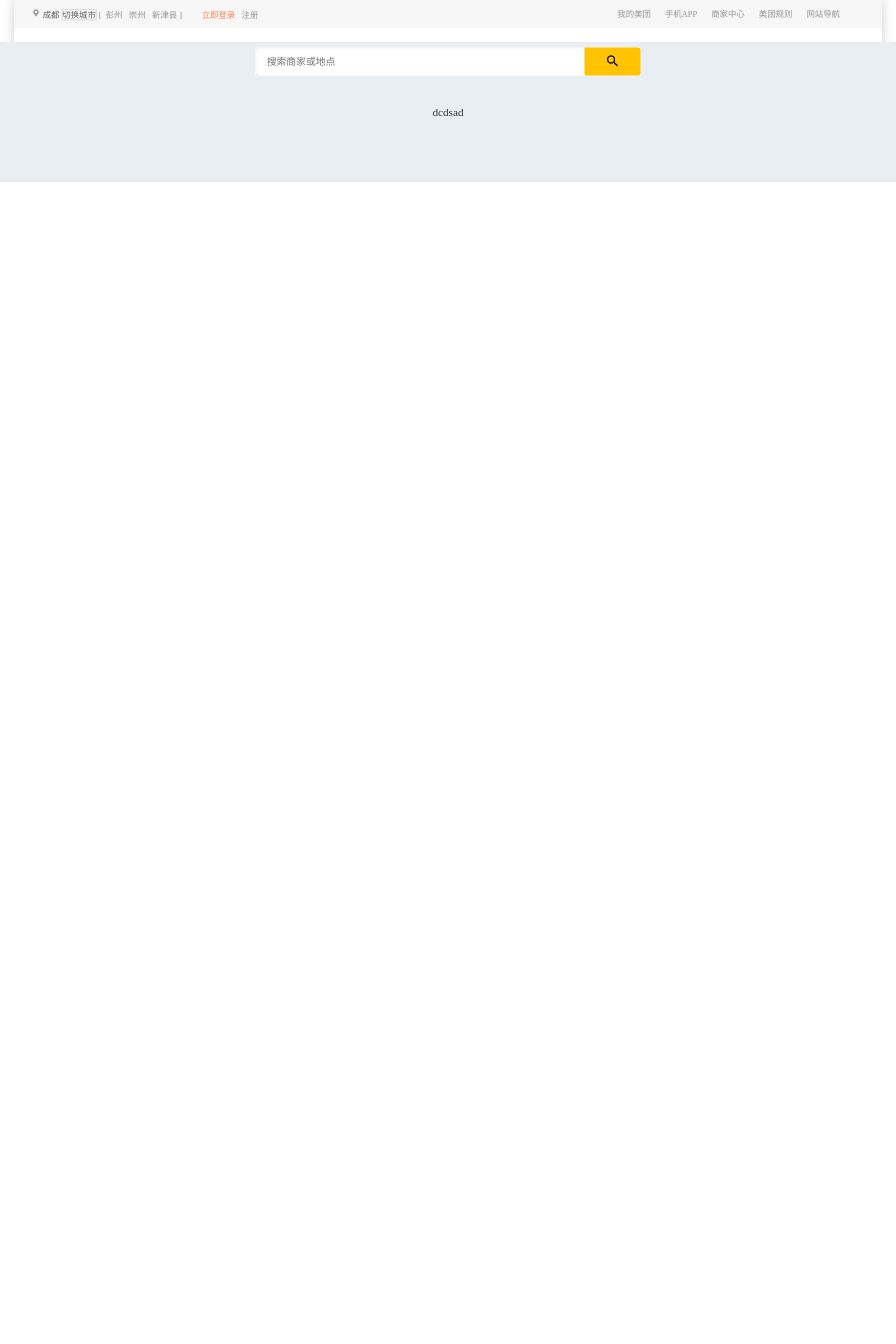
Repository: buddy-fallinlove/Meituan
Page: /
An editor plug-in stored every save of this project. The page is shown before and after the next save, followed by the edit.
The browser window is 1280 px wide. The pictures show the part of the page from y = 0 to 1920 px (the page is 2863 px tall), at 70% of full size.
The project was rebuilt for these pictures with package versions that can differ from the ones it lists, and the page was loaded fresh each time. Also part of the build but not shown: vue.config.js.

Above is the page before, as saved 2020-08-21 09:00:55.

### src/App.vue
<template>
  <div id="app">
    <router-view/>
  </div>
</template>

<style lang="scss">
@import "./style/css.类名_20200524144523"
</style>

### src/style/css.类名_20200524144523.css
/* 同一行排列 */

.d-f {
    display: flex;
}


/* 占比 */

.f1 {
    flex: 1;
}

.f2 {
    flex: 2;
}


/* 垂直居中  水平居中 */

.j-c-c {
    justify-content: center;
}

.a-i-c {
    align-items: center;
}


/* 两边有间距  两边无间距  中间自动等分*/

.j-c-s-a {
    justify-content: space-around;
}

.j-c-s-b {
    justify-content: space-between;
}


/* 换行 */

.f-w-w {
    flex-wrap: wrap;
}


/* 内容不换行 */

.w-s-n {
    white-space: nowrap;
}


/* 超出部分隐藏 */

.o-h {
    overflow: hidden;
}


/* 超出部分显示省略号 */

.t-e-n {
    text-emphasis: none
}


/* 同一行竖向排列 */

.f-d-c {
    display: flex;
    flex-direction: column;
}


/* 悬浮小手 */

.h-c-p {
    cursor: pointer;
}


/* 外边距margin 上下左右4个方向*/

.m1 {
    margin: 10px;
}

.m2 {
    margin: 20px;
}

.m3 {
    margin: 30px;
}


/* 上边距margin：top */

.m-t1 {
    margin-top: 10px;
}

.m-t2 {
    margin-top: 20px;
}

.m-t3 {
    margin-top: 30px;
}


/* 下边距margin：bottom */

.m-b1 {
    margin-bottom: 10px;
}

.m-b2 {
    margin-bottom: 20px;
}

.m-b3 {
    margin-bottom: 30px;
}


/* 左边距margin：left */

.m-l1 {
    margin-left: 10px;
}

.m-l2 {
    margin-left: 20px;
}

.m-l3 {
    margin-left: 30px;
}


/* 右边距margin：right */

.m-r1 {
    margin-right: 10px;
}

.m-r2 {
    margin-right: 20px;
}

.m-r3 {
    margin-right: 30px;
}


/* 内边距padding-top bottom left right上下左右4个方向 */

.p1 {
    padding: 10px;
}

.p2 {
    padding: 20px;
}

.p3 {
    padding: 30px;
}


/* 边框实线border-solid */

.b-s-r {
    border: 1px solid red;
}


/* 边框虚线border-dashed */

.b-d-r {
    border: 1px dashed red;
}


/* 背景颜色 */

.b-c-r {
    background-color: red;
}

.b-c-b {
    background-color: black;
}

.b-c-c {
    background-color: #ccc;
}

.b-c-c {
    background-color: #fff;
}


/* 字体大小 */

.f-s12 {
    font-size: 12px;
}

.f-s14 {
    font-size: 14px;
}

.f-s18 {
    font-size: 18px;
}

.f-s20 {
    font-size: 20px;
}

.f-s22 {
    font-size: 22px;
}

.f-s24 {
    font-size: 24px;
}


/* 字体加粗 */

.f-w {
    font-weight: 700;
}


/* 隐藏上下左右边框 */

.b-t-n {
    border-top: none;
}

.b-b-n {
    border-bottom: none;
}

.b-l-n {
    border-left: none;
}

.b-r-n {
    border-right: none;
}


/* 圆50% */

.b-r {
    border-radius: 50%;
}


/* 同一行排列  居中 */

.container {
    display: flex;
    justify-content: center;
}


/* 宽1280px */

.warp {
    width: 1280px;
}


/* 取消边距 */

* {
    margin: 0;
    padding: 0;
}


/* 悬浮 */

.hover:hover {
    cursor: pointer;
    color: #eee;
}

.nb:hover {
    cursor: pointer;
}

.c {
    color: white;
}

.van-index-bar__index {
    margin-top: 5px;
}

.van-tabs__line {
    z-index: 0;
}

### src/views/Home.vue
<template>
 <div>
 dcdsad
 </div>
</template>

<script>
 export default {
   name: '',
   props: {
   },
   components: {

   },
   data () {
     return {

     }
   },
   methods: {

   },
   mounted() {

   },
   watch: {

   },
   computed: {

   }
 }
</script>

<style scoped lang='scss'>

</style>

### src/views/layout.vue
<template>
  <div>
    <el-container>
      <el-header>
      <div>
      <top></top>
      </div>
      </el-header>
      <el-main>
      <div>
       <router-view></router-view>
      </div>
      </el-main>
      <el-footer>
        <div>
        <buccon></buccon>
        </div>
      </el-footer>
    </el-container>

  </div>
</template>

<script>
import top from "../components/layout1/top";
import buccon from "../components/layout1/buccon";

export default {
  name: "",
  props: {},
  components: {
    top,
    buccon,
  },
  data() {
    return {};
  },
  methods: {},
  mounted() {},
  watch: {},
  computed: {},
};
</script>

<style scoped lang='scss'>
  .el-header, .el-footer {
        height:300px;
  }

  .el-aside {
    background-color: #D3DCE6;
    color: #333;
    text-align: center;
    line-height: 200px;
  }

  .el-main {
    background-color: #E9EEF3;
    color: #333;
    text-align: center;
    line-height: 160px;
  }
</style>

### src/components/layout1/buccon.vue
<template>
  <footer class="com-footer">
    <div class="footer-content">
      <div class="footer-link clearfix">
        <div class="footer-column">
          <dl>
            <dt>用户帮助</dt>
            <dd><a
              rel="nofollow"
              href="http://www.meituan.com/help/selfservice"
              target="_blank">申请退款</a></dd>
            <dd><a
              rel="nofollow"
              href="http://www.meituan.com/help/selfservice?tab=2"
              target="_blank">查看券密码</a></dd>
            <dd><a
              rel="nofollow"
              href="http://www.meituan.com/help/faq"
              target="_blank">常见问题</a></dd>
            <dd><a
              rel="nofollow"
              href="http://www.meituan.com/about/terms"
              target="_blank">用户协议</a></dd>
            <dd><a
              rel="nofollow"
              href="http://www.meituan.com/about/privacy"
              target="_blank">隐私政策</a></dd>
            <dd><a
              rel="nofollow"
              href="http://www.meituan.com/about/anticheat"
              target="_blank">反诈骗公告</a></dd>
          </dl>
          <dl>
            <dt>服务</dt>
            <dd><a
              href="http://waimai.meituan.com/"
              target="_blank">外卖</a></dd>
            <dd><a
              href="http://hotel.meituan.com/"
              target="_blank">酒店</a></dd>
            <dd><a
              href="http://maoyan.com/"
              target="_blank">猫眼电影</a></dd>
            <dd><a
              href="https://peisong.meituan.com/"
              target="_blank">配送</a></dd>
            <dd><a
              href="https://www.mtyun.com/"
              target="_blank">云</a></dd>
            <dd><a
              href="http://www.dianping.com/"
              target="_blank">大众点评</a></dd>
            <dd><a
              href="https://phoenix.meituan.com/"
              target="_blank">榛果民宿</a></dd>
          </dl>
        </div>
        <div class="footer-column">
          <dl>
            <dt>商家合作</dt>
            <dd><a
              rel="nofollow"
              href="https://ecom.meituan.com/bizsettle/settle?utm_source=mt_C_my"
              target="_blank">美食商家入驻(非外卖)</a></dd>
            <dd><a
              href="https://kd.meituan.com/"
              target="_blank">外卖开店申请</a></dd>
            <dd><a
              href="http://shouyin.meituan.com?utm_source=inner&amp;utm_medium=mtpc"
              target="_blank">收银官网</a></dd>
            <dd><a
              rel="nofollow"
              href="http://page.peisong.meituan.com/apply/join"
              target="_blank">外卖配送加盟申请</a></dd>
            <dd><a
              href="https://xue.meituan.com/?from=mtpc"
              target="_blank">点评餐饮学院</a></dd>
            <dd><a
              rel="nofollow"
              href="http://ruzhu.meituan.com/ruzhu/index.html"
              target="_blank">酒店商家入驻</a></dd>
            <dd><a
              rel="nofollow"
              href="https://i.meituan.com/awp/h5/trip/business/cooperation/index.html?client=pc"
              target="_blank">境内度假商家入驻</a></dd>
            <dd><a
              rel="nofollow"
              href="https://e.dianping.com/claimcpc/page/index?source=mt"
              target="_blank">综合商家入驻</a></dd>
            <dd><a
              rel="nofollow"
              href="https://phoenix.meituan.com/about/"
              target="_blank">榛果民宿房东商家入驻</a></dd>
            <dd><a
              href="http://pc.meituan.com/?activity_code=mtpcdb"
              target="_blank">商家开票申请</a></dd>
            <dd><a
              rel="nofollow"
              href="https://store.meituan.com/?utm_source=17"
              target="_blank">点评智能收银机</a></dd>
            <dd><a
              rel="nofollow"
              href="http://developer.meituan.com/"
              target="_blank">聚宝盆餐饮开放平台</a></dd>
            <dd><a
              rel="nofollow"
              href="http://smartpay.meituan.com/"
              target="_blank">智能支付</a></dd>
            <dd><a
              rel="nofollow"
              href="http://paidui.meituan.com/"
              target="_blank">排队</a></dd>
            <dd><a
              rel="nofollow"
              href="https://i.meituan.com/awp/hfe/block/6c4bec785dce/11188/index.html"
              target="_blank">快驴进货商家合作</a></dd>
          </dl>
        </div>
        <div class="footer-column">
          <dl><dt>代理商加盟</dt>
            <dd><a
              rel="nofollow"
              href="https://i.meituan.com/awp/hfe/block/4544/index.html"
              target="_blank">智能支付渠道加盟商招募</a></dd>
            <dd><a
              rel="nofollow"
              href="https://daili.meituan.com/?comeFrom=mtwebBusinesscoopd"
              target="_blank">到店餐饮代理商招募</a></dd>
            <dd><a
              rel="nofollow"
              href="http://www.dianping.com/apollo/agent/index?source=mtpcd"
              target="_blank">非餐饮代理商招募</a></dd>
            <dd><a
              rel="nofollow"
              href="http://union.meituan.com/"
              target="_blank">联盟</a></dd>
            <dd><a
              rel="nofollow"
              href="https://store.meituan.com/distribution/broadcast"
              target="_blank">收银招募线上分销商</a></dd>
            <dd><a
              rel="nofollow"
              href="https://agent.meituan.com/zhaoshang?entry=5"
              target="_blank">点评5S服务商招募</a></dd>
          </dl>
          <dl>
            <dt>行业规范</dt>
            <dd><a
              rel="nofollow"
              href="http://www.meituan.com/about/saferule"
              target="_blank">点评餐饮安全管理办法</a></dd>
          </dl>
          <dl>
            <dt>廉正举报</dt>
            <dd><a
              rel="nofollow"
              href="mailto:lianzheng@meituan.com"
              target="_self">廉政邮箱</a></dd>
          </dl>
        </div>
        <div class="footer-column">
          <dl>
            <dt>关注</dt>
            <dd><a
              rel="nofollow"
              href="http://weibo.com/meituan"
              target="_blank">新浪微博</a></dd>
          </dl>
          <dl>
            <dt>公司信息</dt>
            <dd><a
              rel="nofollow"
              href="http://zhaopin.meituan.com/"
              target="_blank">加入我们</a></dd>
            <dd><a
              rel="nofollow"
              href="http://www.meituan.com/about/law"
              target="_blank">法律声明</a></dd>
            <dd><a
              rel="nofollow"
              href="http://www.meituan.com/about/bizlicense"
              target="_blank">商户服务协议</a></dd>
            <dd><a
              rel="nofollow"
              href="https://dpapp-appeal.meituan.com/#/shopCreditRegulationPC"
              target="_blank">商户诚信公约及管理办法</a></dd>
          </dl>
        </div>
        <div class="footer-column">
          <dl>
            <dt>消费者服务热线</dt>
            <dd>外卖消费者： <a
              rel="nofollow"
              href="tel:10109777"
              target="_blank">10109777</a></dd>
            <dd>猫眼消费者： <a
              rel="nofollow"
              href="tel:10105335"
              target="_blank">10105335</a></dd>
            <dd>其他消费者： <a
              rel="nofollow"
              href="tel:10107888"
              target="_blank">10107888</a></dd>
          </dl>
          <dl>
            <dt>商家服务热线</dt><dd>外卖&amp;餐饮商家： <a
              rel="nofollow"
              href="tel:10105557"
              target="_blank">10105557</a></dd>
            <dd>休闲娱乐、丽人、ktv、教育、结婚、亲子、家装等商家： <a
              rel="nofollow"
              href="tel:10100107"
              target="_blank">10100107</a></dd>
          </dl>
          <dl>
            <dt>投诉举报热线</dt>
            <dd>违法和不良信息举报电话： <a
              rel="nofollow"
              href="tel:4006018900"
              target="_blank">4006018900</a></dd>
            <dd>举报邮箱： <a
              rel="nofollow"
              href="mailto:tousujubao@meituan.com"
              target="_self">tousujubao@meituan.com</a></dd>
          </dl>
          <dl>
            <dt><a
              rel="nofollow"
              href="https://ecom.meituan.com/bizsettle/settle/merchantsSettle"
              target="_blank">商家自助入驻入口</a></dt>
          </dl>
        </div>
      </div>
      <div class="footer-copyright clearfix">
        <div class="footer-copyright-left">
          <p>©网团购 meituan.com <a href="http://www.beianbeian.com/beianxinxi/283f39a9-4c00-427a-97ef-3c7a9e1e0af1.html">京ICP证070791号</a> <a href="http://www.miitbeian.gov.cn/">京ICP备10211739号</a> <a
            href="http://www.meituan.com/about/rules"
            target="_blank">电子公告服务规则</a></p><p><a
              href="http://i.meituan.com/brunch/default/right"
              target="_blank">广播电视节目制作经营许可证（京）字第03889号</a></p>
        </div>
        <div class="footer-copyright-right">
          <a
            href="http://www.beian.gov.cn/portal/registerSystemInfo?recordcode=11010502025545"
            target="_blank">京公网安备11010502025545号</a>
          <div class="footer-copyright-cert"><a
            class="sp-ft sp-ft--record"
            href="http://www.meituan.com/about/openinfo"
            title="备案信息"
            target="_blank">备案信息</a><a
              class="sp-ft sp-ft--knet"
              href="http://t.knet.cn/index_new.jsp"
              title="可信网站认证"
              target="_blank">可信网站</a><a
                class="sp-ft sp-ft--12315"
                href="http://www.bj315.org/xfwq/lstd/201209/t20120910_3344.shtml?dnrpluojqxbceiqq"
                title="12315消费争议"
                target="_blank">12315消费争议</a></div></div>
      </div>
    </div>
  </footer>
</template>

<style lang="scss">
.com-footer {
    margin-top: 2000px;
  background: #f8f8f8
}

.com-footer .footer-content {
  width: 1190px;
  margin: 0 auto;
  color: #333;
  font-size: 12px;
  line-height: 2;
  box-sizing: border-box;
  text-align: left
}

.com-footer .footer-content p {
  margin: 0
}

.com-footer .footer-content .footer-link {
  padding: 40px 45px;
  border-bottom: 1px solid #E5E5E5
}

.com-footer .footer-content .footer-link .footer-column {
  width: 20%;
  float: left
}

.com-footer .footer-content .footer-link dl {
  padding-bottom: 20px;
  color: #666
}

.com-footer .footer-content .footer-link dl dt {
  font-size: 14px;
  font-weight: 500
}

.com-footer .footer-content .footer-link dl a {
  color: #666
}

.com-footer .footer-content .footer-link dl a:hover {
  color: #31BBAC
}

.com-footer .footer-content .footer-copyright {
  color: #999;
  padding-left: 20px;
  padding-top: 15px;
  padding-bottom: 30px;
  line-height: 1.6
}

.com-footer .footer-content .footer-copyright a {
  color: #999
}

.com-footer .footer-content .footer-copyright a:hover {
  color: #31BBAC
}

.com-footer .footer-content .footer-copyright .footer-copyright-left {
  float: left
}

.com-footer .footer-content .footer-copyright .footer-copyright-right {
  float: right;
  text-align: right
}

.com-footer .footer-content .footer-copyright .footer-copyright-cert {
  text-align: left;
  padding-top: 6px
}

.com-footer .footer-content .footer-copyright .footer-copyright-cert a.sp-ft {
  display: inline-block;
  overflow: hidden;
  text-indent: -1000px;
  height: 38px;
  background-repeat: no-repeat;
  margin-right: 2px
}

.com-footer .footer-content .footer-copyright .footer-copyright-cert .sp-ft--record {
  width: 109px;
  background-position: 0 -167px
}

.com-footer .footer-content .footer-copyright .footer-copyright-cert .sp-ft--knet {
  width: 107px;
  background-position: 0 -127px
}

.com-footer .footer-content .footer-copyright .footer-copyright-cert .sp-ft--12315 {
  width: 107px;
  background-position: 0 -40px
}

@media screen and (max-width:1200px) {
  .com-footer .footer-content {
    width: 960px
  }

  .com-footer .footer-content .footer-title-module {
    padding-right: 40px
  }

  .com-footer .footer-content .footer-title {
    margin-left: 0
  }

  .com-footer .footer-content .footer-search-block,
  .com-footer .footer-content .footer-search-hotword {
    width: 500px
  }
}

.com-footer li,
.com-footer ul {
  padding: 0;
  margin: 0
}

.com-footer .clearfix:after {
  content: " ";
  visibility: hidden;
  display: block;
  height: 0;
  clear: both
}

.com-footer input {
  outline: 0
}

.com-footer a {
  text-decoration: none
}

.com-footer li {
  list-style: none
}

.com-footer dd,
.com-footer dl {
  margin: 0
}

</style>

Loaded but not shown: public/index.html (common file); src/store/index.js (common file); src/http/index.js (67 lines, source omitted); src/main.js (21 lines, source omitted); src/router/index.js (26 lines, source omitted); src/http/api.js (90 lines, source omitted); src/components/layout1/top.vue (562 lines, source omitted)

After the next save:
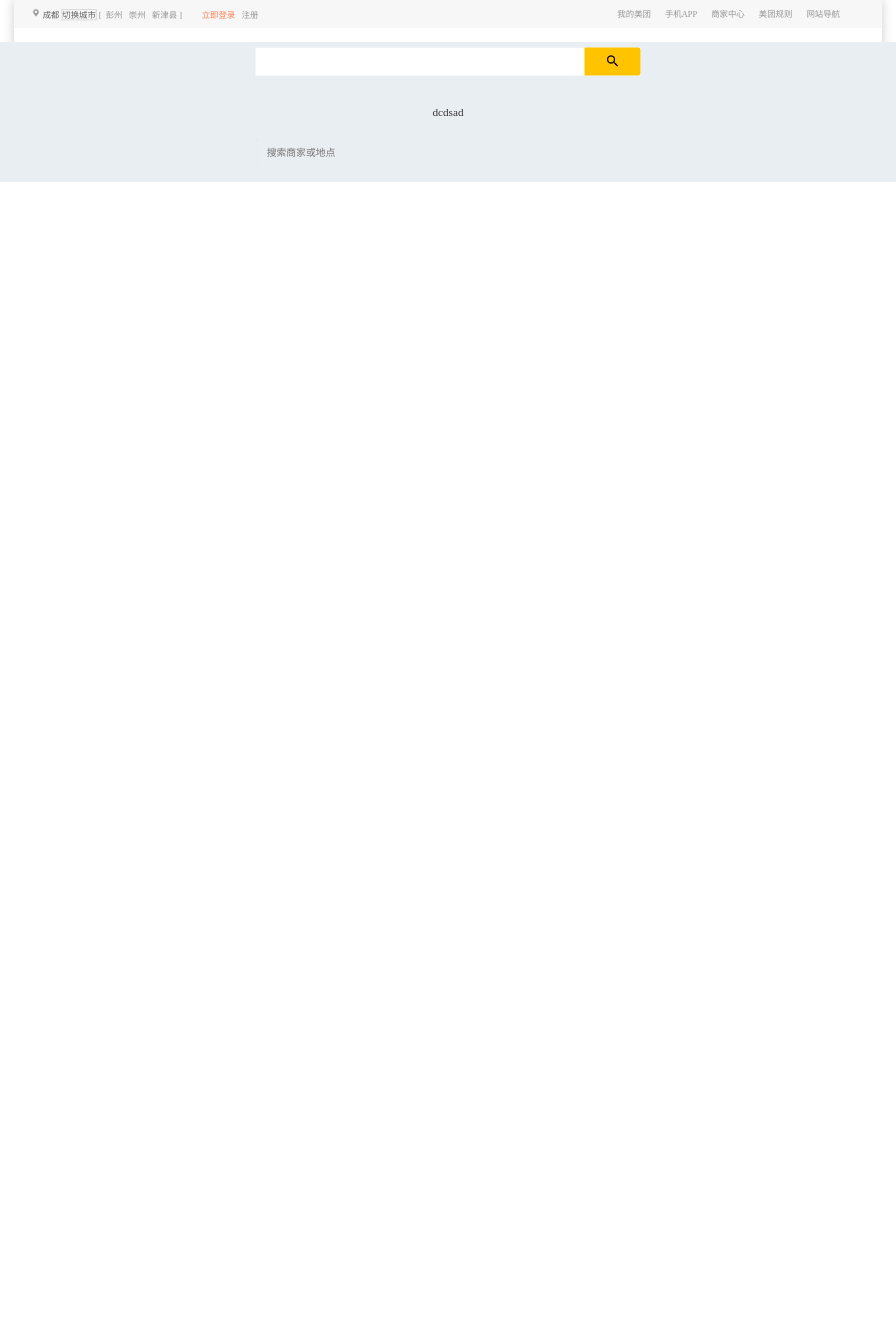
Saved 2 min 20 s later.
--- a/src/views/layout.vue
+++ b/src/views/layout.vue
@@ -45,6 +45,7 @@
 <style scoped lang='scss'>
   .el-header, .el-footer {
         height:300px;
+        line-height: 300px;
   }
 
   .el-aside {

After the save that followed:
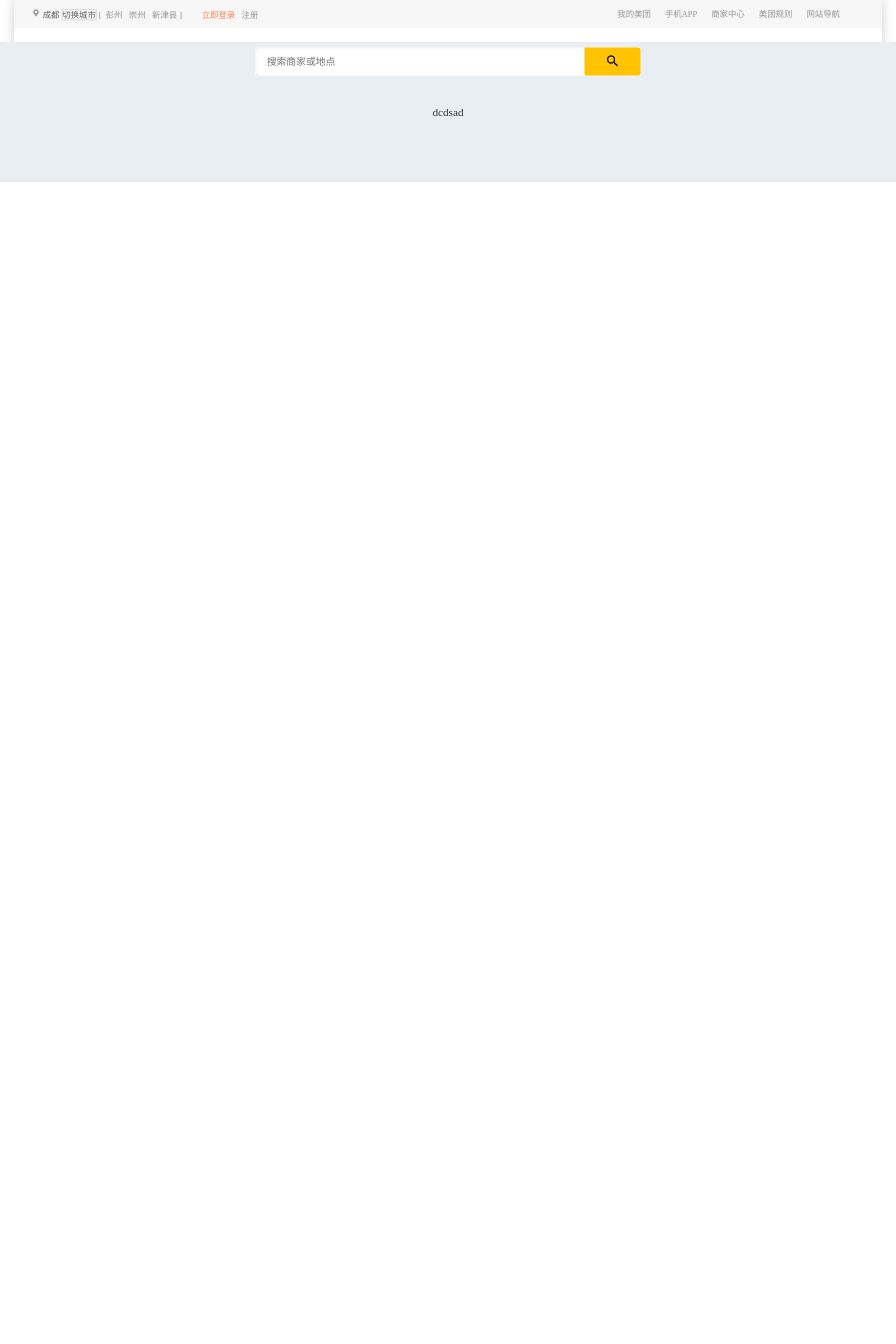
Saved 18 s later.
--- a/src/views/layout.vue
+++ b/src/views/layout.vue
@@ -45,7 +45,6 @@
 <style scoped lang='scss'>
   .el-header, .el-footer {
         height:300px;
-        line-height: 300px;
   }
 
   .el-aside {
